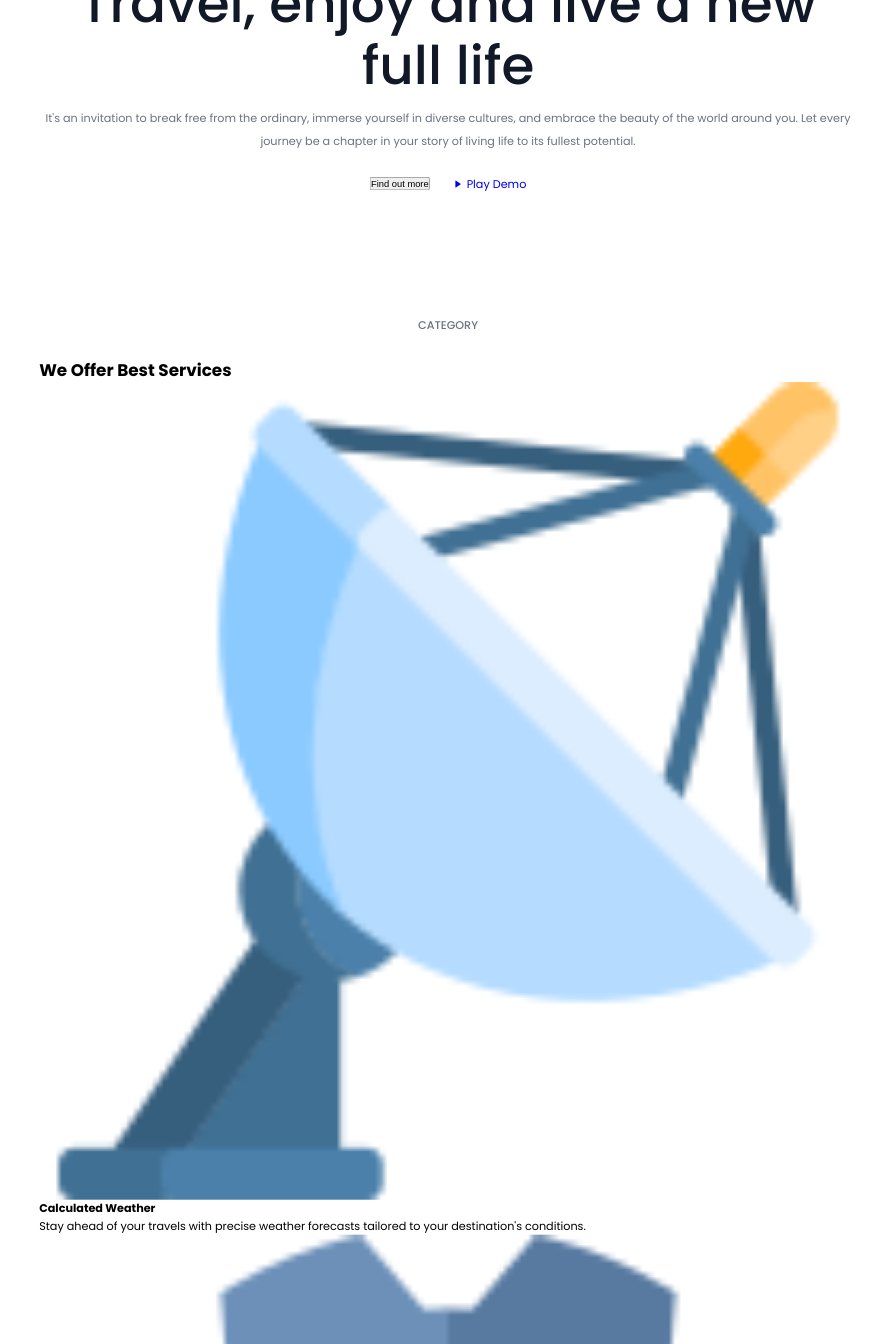
Repository: ntandomagana/travel-website
Page: index.html
An editor plug-in stored every save of this project. The page is shown before and after a run of saves, followed by the edit.
The browser window is 1280 px wide. The pictures show the part of the page from y = 857 to 2777 px (the page is 11254 px tall before and 11280 px after), at 70% of full size.

Above is the page before, as saved 2024-05-07 09:37:06.

### index.html
<!DOCTYPE html>
<html lang="en">
  <head>
    <meta charset="UTF-8" />
    <meta name="viewport" content="width=device-width, initial-scale=1.0" />
    <link
      href="https://cdn.jsdelivr.net/npm/remixicon@4.2.0/fonts/remixicon.css"
      rel="stylesheet"
    />
    <link
      rel="stylesheet"
      href="https://cdn.jsdelivr.net/npm/swiper@11/swiper-bundle.min.css"
    />
    <link rel="stylesheet" href="style.css" />
    <title>Travel Website</title>
  </head>
  <body>
    <nav>
      <div class="nav-header">
        <div class="logo">
          <a href="#" class="logo">Travel<span>S</span>.</a>
        </div>
        <div class="nav-menu-btn" id="menu-btn">
          <i class="ri-menu-line"></i>
        </div>
      </div>

      <ul class="nav-links" id="nav-links">
        <li><a href="#home">Home</a></li>
        <li><a href="#service">Services</a></li>
        <li><a href="#destination">Destinations</a></li>
        <li><a href="#trips">Trips</a></li>
        <li><a href="#client">Clients</a></li>
      </ul>
    </nav>

    <header class="section-container header-container" id="home">
      <div class="header-image">
        <img src="assets/header.png" alt="header" />
      </div>
      <div class="header-content">
        <h3 class="section-subheader">BEST DESTINATIONS AROUND THE WORLD</h3>
        <h1>Travel, enjoy and live a new full life</h1>
        <p>
          It's an invitation to break free from the ordinary, immerse yourself
          in diverse cultures, and embrace the beauty of the world around you.
          Let every journey be a chapter in your story of living life to its
          fullest potential.
        </p>
        <div class="header-btns">
          <button class="btn">Find out more</button>
          <a href="#">
            <span><i class="ri-play-fill"></i></span>
            Play Demo
          </a>
        </div>
      </div>
    </header>

    <section class="section-container service-container" id="service">
      <h3 class="section-subheader">CATEGORY</h3>
      <h2 class="section-header">We Offer Best Services</h2>
      <div class="service-grid">
        <div class="service-card">
          <img src="assets/weather.png" alt="service" />
          <h4>Calculated Weather</h4>
          <p>
            Stay ahead of your travels with precise weather forecasts tailored
            to your destination's conditions.
          </p>
        </div>
        <div class="service-card">
          <img src="assets/customisation.png" alt="service" />
          <h4>Customizations</h4>
          <p>
            Tailor your journey with personalized customizations, ensuring every
            detail reflects your unique travel style.
          </p>
        </div>
      </div>
    </section>

    <section class="section-container destination-container" id="destination">
      <h3 class="section-subheader">TOP SELLING</h3>
      <h2 class="section-header">Top Destinations</h2>
      <div class="destination-grid">
        <div class="destination-card">
          <img src="assets/destination-1.jpg" alt="destination" />
          <div class="destination-details">
            <div>
              <h4>Rome, Italy</h4>
              <h4>$5.42k</h4>
            </div>
            <p>
              <span><i class="ri-navigation-fill"></i></span>
              10 days trip
            </p>
          </div>
        </div>
        <div class="destination-card">
          <img src="assets/destination-3.jpg" alt="destination" />
          <div class="destination-details">
            <div>
              <h4>Full Europe</h4>
              <h4>$15k</h4>
            </div>
            <p>
              <span><i class="ri-navigation-fill"></i></span>
              28 Days Trip
            </p>
          </div>
        </div>
      </div>
    </section>

    <section class="section-container trip-container" id="trip">
      <div class="trip-image">
        <img src="assets/trip.png" />
      </div>
      <div class="trip-content">
        <h3 class="section-subheader">EASY & FAST</h3>
        <h2 class="section-header">Book Your Next Trip in 3 Easy Steps</h2>
        <ul class="trip-list">
          <li>
            <span><i class="ri-signpost-line"></i></span>
            <div>
              <h4>Choose Destination</h4>
              <p>
                Choose your dream destination from our curated selection of
                exotic locales, bustling cities, and serene getaways.
              </p>
            </div>
          </li>

          <li>
            <span><i class="ri-secure-payment-line"></i></span>
            <div>
              <h4>Reach Airport on Selected Date</h4>
              <p>
                Prepare for takeoff as you finalize your travel plans, arriving
                at the airport on your selected date ready to embark on your
                next unforgettable journey.
              </p>
            </div>
          </li>
        </ul>
      </div>
    </section>

    <section class="section-container clinet-container" id="client">
      <div class="client-content">
        <h3 class="section-subheader">TESTIMONIALS</h3>
        <h2 class="section-header">What People Say About Us</h2>
      </div>
      <div class="client-swiper">
        <!--Slider main container-->
        <div class="swiper">
          <!--Additional required wrapper-->
          <div class="swiper-wrapper">
            <!--Slides-->
            <div class="swiper-slide">
              <div class="client-card">
                <img src="assets/client-1.jpg" alt="client" />
                <div class="client-card-content">
                  <p>
                    Booking my trips through this platform has been a
                    game-changer! From the intuitive interface to the seamless
                    booking process, I've never felt more excited to explore new
                    destinations.
                  </p>
                  <h4>Emily Watson</h4>
                  <h5>Travel Enthusiast</h5>
                </div>
              </div>
            </div>
            <div class="swiper-slide">
              <div class="client-card">
                <img src="assets/client-2.jpg" alt="client" />
                <div class="client-card-content">
                  <p>
                    As a busy professional, time is of the essence. This website
                    made planning my vacation a breeze, allowing me to focus on
                    what matters most: making memories with my family.
                  </p>
                  <h4>David Nguyen</h4>
                  <h5>Business Executive</h5>
                </div>
              </div>
            </div>

            <div class="swiper-slide">
              <div class="client-card">
                <img src="assets/client-3.jpg" alt="client" />
                <div class="client-card-content">
                  <p>
                    I've been using this service for years, and it never
                    disappoints. The convenience of booking my flights,
                    accommodations, and activities all in one place saves me
                    time and stress every trip.
                  </p>
                  <h4>Michael Johnson</h4>
                  <h5>Frequent Flyer</h5>
                </div>
              </div>
            </div>
          </div>
        </div>
      </div>
    </section>

    <footer class="footer">
      <div class="section-container footer-container">
        <div class="footer-col">
          <div class="footer-logo">
            <a href="#" class="logo">Travel<span>S</span>.</a>
          </div>
          <p>
            Our platform is your passport to seamless adventures, offering a
            curated selection of destinations and a user-friendly booking
            experience.
          </p>
        </div>
        <div class="footer-col">
            <h4>Company</h4>
            <ul class="footer-links">
                <li><a href="#">About</a></li>
                <li><a href="#">Careers</a></li>
                <li><a href="#">Mobile</a></li>
            </ul>
        </div>
        <div class="footer-col">
          <h4>Contact</h4>
          <ul class="footer-links">
            <li><a href="#">Help/FAQ</a></li>
            <li><a href="#">Press</a></li>
            <li><a href="#">Affiliates</a></li>
          </ul>
        </div>
        <div class="footer-col">
          <ul class="footer-socials">
            <li>
              <a href="#"><i class="ri-facebook-fill"></i></a>
            </li>
            <li>
              <a href="#"><i class="ri-instagram-line"></i></a>
            </li>
            <li>
              <a href="#"><i class="ri-twitter-fill"></i></a>
            </li>
          </ul>
          <h5>Discover our app</h5>
          <div class="footer-discover">
            <a href="#"><img src="assets/google-play.jpg" alt="discover" /></a>
            <a href="#"><img src="assets/app-store.jpg" alt="discover" /></a>
          </div>
        </div>
      </div>
      <div class="footer-bar">
        Copyright © 2024 TravelS. All rights reserved.
      </div>
    </footer>

    <script src="https://unpkg.com/scrollreveal"></script>
    <script src="https://cdn.jsdelivr.net/npm/swiper@11/swiper-bundle.min.js"></script>
    <script src="main.js"></script>

      </div>

    </footer>
  </body>
</html>

### style.css
@import url("https://fonts.googleapis.com/css2?family=Poppins:ital,wght@0,100;0,200;0,300;0,400;0,500;0,600;0,700;0,800;0,900;1,100;1,200;1,300;1,400;1,500;1,600;1,700;1,800;1,900&display=swap");

:root {
  --primary-color: #e06951;
  --text-dark: #111827;
  --text-light: #6b7280;
  --white: #ffffff;
  --max-width: 1200px;
}

* {
  padding: 0;
  margin: 0;
  box-sizing: border-box;
}

html,
body {
    scroll-behavior: smooth;
}

body {
    font-family: "Poppins", sans-serif;
    background-image: url(assets/header-bg.png);
    background-size: contain;
    background-position: top center;
    background-repeat: no-repeat;
}

nav {
    position: fixed;
    isolation: isolate;
    width: 100%;
    max-width: var(--max-width);
    margin-inline: auto;
    z-index: 9;
}

.nav-header {
    padding: 1rem;
    width: 100%;
    display: flex;
    align-items: center;
    justify-content: space-between;
    background-color: var(--text-dark);
}

.nav-header .logo  {
    color: var(--white);
}

.nav-menu-btn {
    font-size: 1rem;
    color: var(--white);
    cursor: pointer;
}

.nav-links {
    position: absolute;
    top: 65px;
    left: 0;
    width: 100%;
    list-style: none;
    display: flex;
    align-items: center;
    justify-content: center;
    flex-direction: column;
    gap: 2rem;
    padding: 2rem;
    background-color: var(--text-dark);
    transition: 0.5s;
    z-index: -1;
    transform: translateY(-100%);
}

.nav-links.open {
    transform: translateY(0);
}

.nav-links a {
    font-weight: 500;
    white-space: nowrap;
    color: var(--white);
}

.nav-links a:hover {
    color: var(--primary-color);
}


.section-container {
  max-width: var(--max-width);
  margin: auto;
  padding: 5rem 1rem;
}

.section-subheader {
  margin-bottom: 1rem;
  font-size: 1rem;
  font-weight: 500;
  line-height: 3.75rem;
  color: var(--text-light);
  text-align: center;
}

.logo {
  font-size: 1.75rem;
  font-weight: 600;
  color: var(--text-dark);
}

.logo span {
  color: var(--primary-color);
}

img {
  display: flex;
  width: 100%;
}

a {
    text-decoration: none;
    transition: 0.4s;
}

ul {
    list-style: none;
}

.header-container {
    display: grid;
    gap: 2rem;
    overflow: hidden;
}

.header-image img {
    max-width: 550px;
    margin-inline: auto;
}

.header-content .section-subheader {
    font-size: 1.2rem;
    color: var(--primary-color);
}

.header-content h1 {
    margin-bottom: 1rem;
    font-size: 4.75rem;
    font-weight: 500;
    line-height: 5.5rem;
    color: var(--text-dark);
    text-align: center;
}

.header-content p {
    margin-bottom: 2rem;
    line-height: 2rem;
    color: var(--text-light);
    text-align: center;
}

.header-btns {
    display: flex;
    align-items: center;
    justify-content: center;
    gap: 2rem;
}

.header-btns .btn {

}

Loaded but not shown: main.js (no copy from this time; the picture is the same without it)

After the next 2 saves:
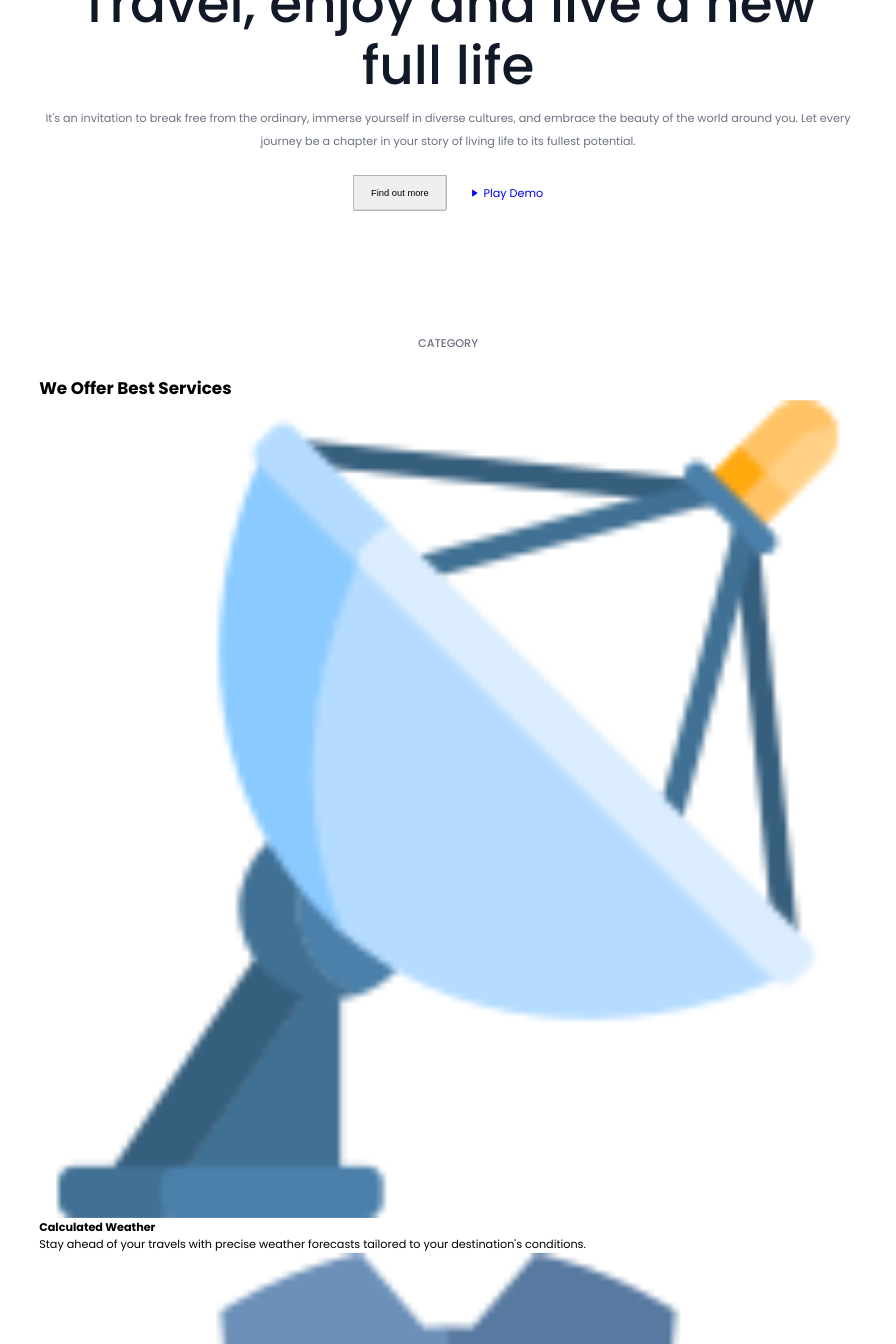
The 2 saves are shown as one change because they came seconds apart.
The last was saved 7 s later.
--- a/style.css
+++ b/style.css
@@ -167,5 +167,5 @@ ul {
 }
 
 .header-btns .btn {
-
+    padding: 1rem 1.5rem;
 }
